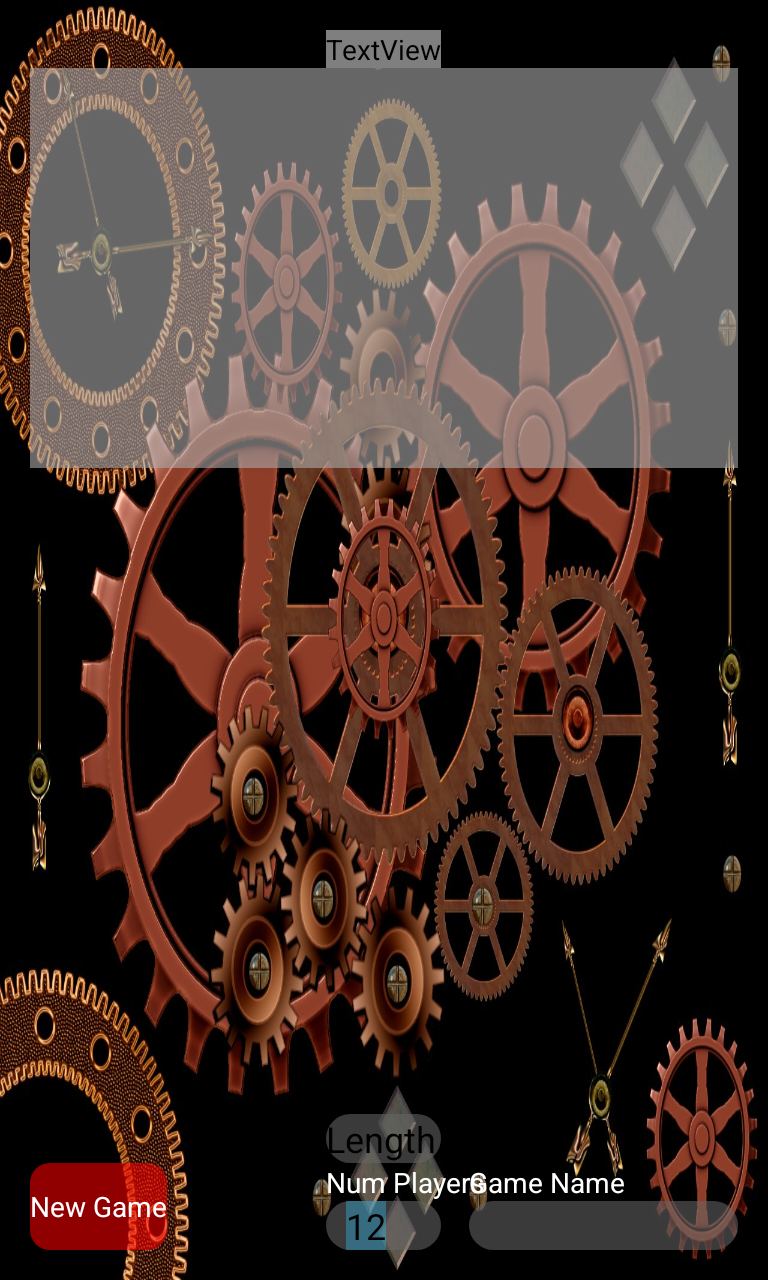
Repository: jkrepps/CSCE-482
Layout: Mobile Client (eclipse)/Industry of Deciet/res/layout/activity_game_selection.xml
An editor plug-in stored every save of this project. The layout is shown before and after the next save, followed by the edit.
Pictures or frames that could not be fetched are drawn as grey boxes. It is drawn on a 768 x 1280 px phone screen (xhdpi) without system bars, with theme AppTheme; the app's code is not run.

Above is the layout before, as saved 2014-12-09 03:04:45.

After the next save:
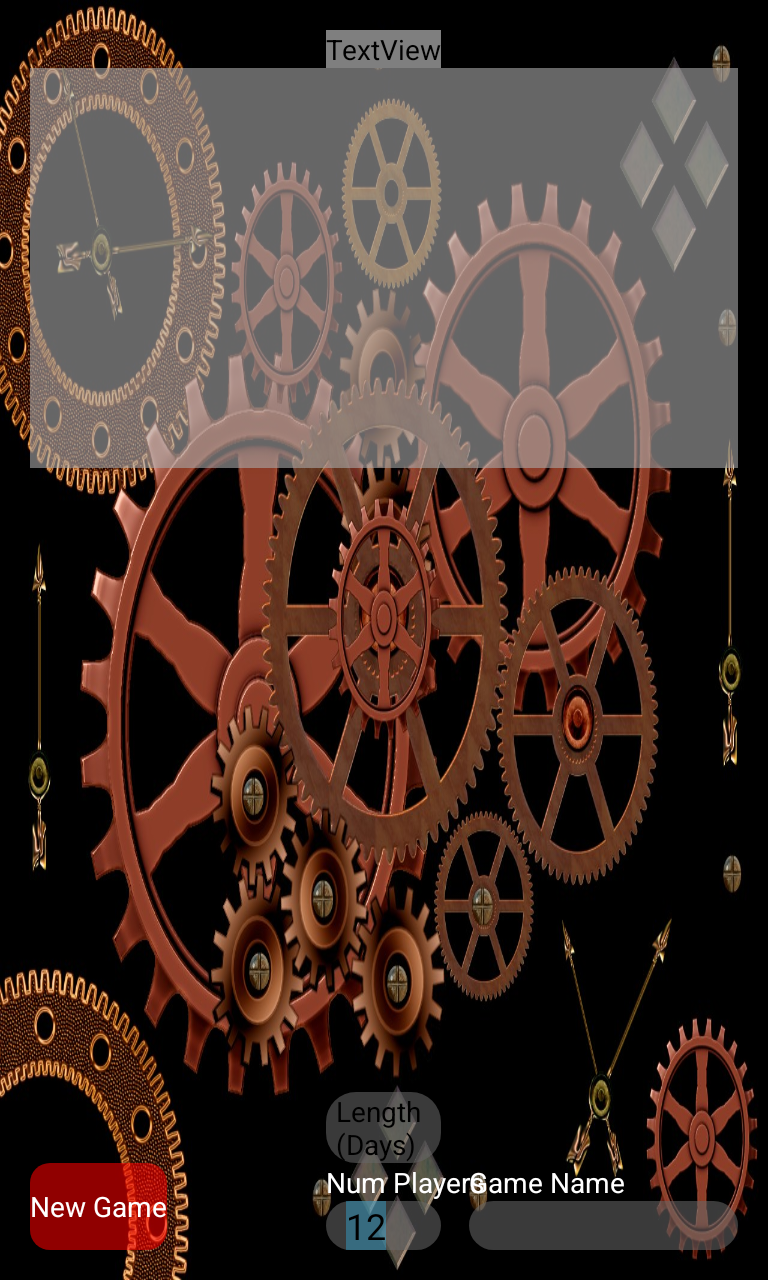
Saved 74 s later.
--- a/Mobile Client (eclipse)/Industry of Deciet/res/layout/activity_game_selection.xml
+++ b/Mobile Client (eclipse)/Industry of Deciet/res/layout/activity_game_selection.xml
@@ -115,7 +115,10 @@
             android:layout_toLeftOf="@+id/editText2"
             android:background="@drawable/roundededittext"
             android:ems="10"
-            android:text="Length" />
+            android:paddingLeft="5dp"
+            android:selectAllOnFocus="true"
+            android:text="Length (Days)"
+            android:textSize="14sp" />
 
     </RelativeLayout>
 
